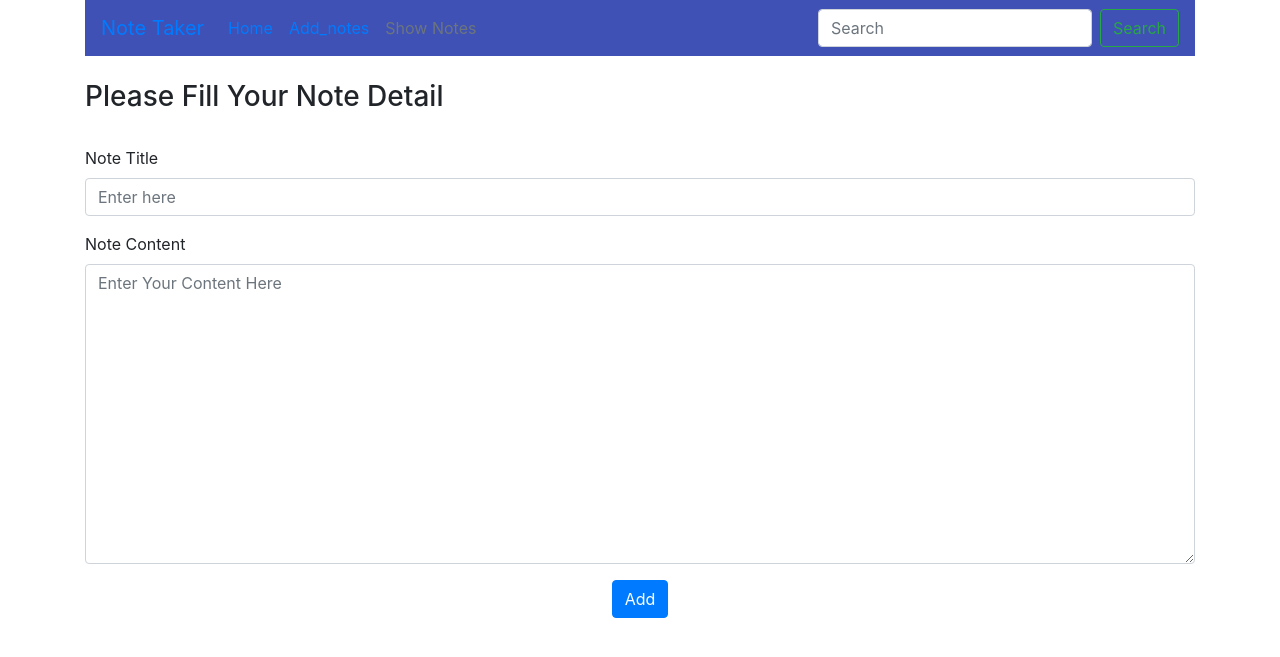
Repository: PratibhaMastud/index.jsp
Page: http://localhost/JavaWebApp/add_notes.jsp
These files come from the project's save history. The page is drawn as it stood at one moment and after the next save; the edit follows.
The browser window is 1280 px wide. The pictures show the whole page.
Some web libraries are served in a nearby version. The page is served by Tomcat 9. Other server files are loaded and not shown.

Above is the page before, as saved 2020-06-29 06:45:15.

### JavaWebApp/src/main/webapp/add_notes.jsp
<%@ page language="java" contentType="text/html; charset=ISO-8859-1"
    pageEncoding="ISO-8859-1"%>
<!DOCTYPE html>
<html>
<head>
<meta charset="ISO-8859-1">
<title>ADD NOTES</title>
	<%@include file="all_css_js.jsp"%>
</head>
<body>
<div class="container">
	<%@include file="navbar.jsp"%><br>
	<h3>Please Fill Your Note Detail</h3></br>

<!--this is add form  -->
<form action="SaveNoteServlet" method="post">

  <div class="form-group">
   	 <label for="title">Note Title</label>
   	 <input
   	 name="title"
     required
     type="text"
     class="form-control"
      id="title"
      aria-describedby="emailHelp"
     placeholder="Enter here" />
  </div>


  <div class="form-group">
    <label for="exampleInputPassword1">Note Content</label>
    <textarea
    	 name="content"
    	 required
    	 id="content"
    	  placeholder="Enter Your Content Here"
    	  class="form-control"
    	  style="height:300px"></textarea>
  </div>
  <div class="container text-center">
  	   <button type="submit" class="btn btn-primary">Add</button>
  </div>
</form>

</div>
</body>
</html>

### JavaWebApp/src/main/webapp/all_css_js.jsp
  <!-- Required meta tags -->

    <!-- Bootstrap CSS -->
    <link rel="stylesheet"
    href="https://maxcdn.bootstrapcdn.com/bootstrap/4.0.0/css/bootstrap.min.css"
    integrity="sha384-Gn5384xqQ1aoWXA+058RXPxPg6fy4IWvTNh0E263XmFcJlSAwiGgFAW/dAiS6JXm"
    crossorigin="anonymous">

	<link href="css/style.css" rel="stylesheet"/>

   <!-- Optional JavaScript -->
    <!-- jQuery first, then Popper.js, then Bootstrap JS -->
    <script src="https://code.jquery.com/jquery-3.2.1.slim.min.js"
     integrity="sha384-KJ3o2DKtIkvYIK3UENzmM7KCkRr/rE9/Qpg6aAZGJwFDMVNA/GpGFF93hXpG5KkN"
     crossorigin="anonymous"></script>
    <script src="https://cdnjs.cloudflare.com/ajax/libs/popper.js/1.12.9/umd/popper.min.js"
    integrity="sha384-ApNbgh9B+Y1QKtv3Rn7W3mgPxhU9K/ScQsAP7hUibX39j7fakFPskvXusvfa0b4Q"
    crossorigin="anonymous"></script>
    <script src="https://maxcdn.bootstrapcdn.com/bootstrap/4.0.0/js/bootstrap.min.js"
    integrity="sha384-JZR6Spejh4U02d8jOt6vLEHfe/JQGiRRSQQxSfFWpi1MquVdAyjUar5+76PVCmYl"
    crossorigin="anonymous"></script>

### JavaWebApp/src/main/webapp/navbar.jsp
<nav class="navbar navbar-expand-lg purple">
  <a class="navbar-brand" href="#">Note Taker</a>
  <button class="navbar-toggler" type="button" data-toggle="collapse" data-target="#navbarSupportedContent" aria-controls="navbarSupportedContent" aria-expanded="false" aria-label="Toggle navigation">
    <span class="navbar-toggler-icon"></span>
  </button>

  <div class="collapse navbar-collapse" id="navbarSupportedContent">
    <ul class="navbar-nav mr-auto">
      <li class="nav-item active">
        <a class="nav-link" href="index.jsp">Home<span class="sr-only">(current)</span></a>
      </li>
      <li class="nav-item">
        <a class="nav-link" href="add_notes.jsp">Add_notes</a>
      </li>

      <li class="nav-item">
        <a class="nav-link disabled" href="all_notes.jsp">Show Notes</a>
      </li>
    </ul>
    <form class="form-inline my-2 my-lg-0">
      <input class="form-control mr-sm-2" type="search" placeholder="Search" aria-label="Search">
      <button class="btn btn-outline-success my-2 my-sm-0" type="submit">Search</button>
    </form>
  </div>
</nav>

### JavaWebApp/src/main/webapp/css/style.css
.purple{

	background : #3f51b5;

}

After the next save:
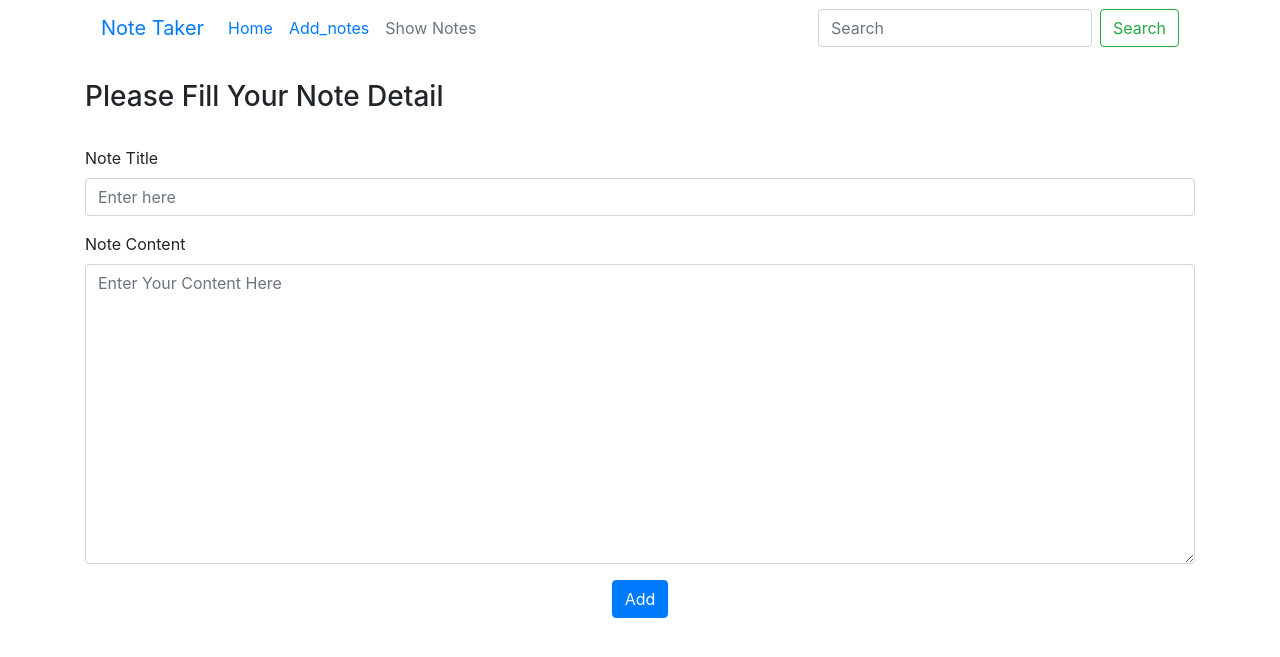
Saved 59 s later.
--- a/JavaWebApp/src/main/webapp/navbar.jsp
+++ b/JavaWebApp/src/main/webapp/navbar.jsp
@@ -1,4 +1,4 @@
-<nav class="navbar navbar-expand-lg purple">
+<nav class="navbar navbar-expand-lg background : #3f51b5">
   <a class="navbar-brand" href="#">Note Taker</a>
   <button class="navbar-toggler" type="button" data-toggle="collapse" data-target="#navbarSupportedContent" aria-controls="navbarSupportedContent" aria-expanded="false" aria-label="Toggle navigation">
     <span class="navbar-toggler-icon"></span>
